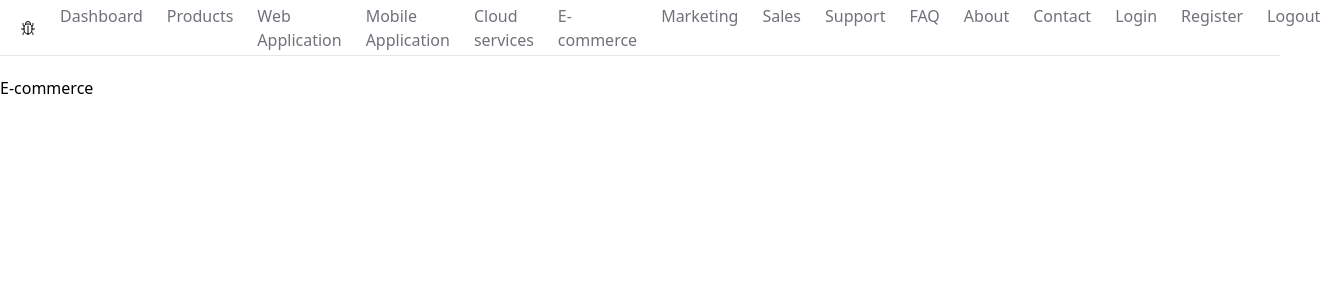
Repository: MakrandMZare/gopal-app
Page: /ecommerce
The author's editor kept a copy of each file at every save. The page is drawn from the files as they stood at one save, then again after the next save.
The browser window is 1280 px wide. The page is 1320 px wide, so the pictures cover 1320 px, including what lies to the right of the window. The pictures show the whole page.
The project was rebuilt for these pictures with package versions that can differ from the ones it lists, and the page was loaded fresh each time. The framework's server and built-in components were replaced by stand-ins that run in the browser. Also part of the build but not shown: next.config.mjs.

Above is the page before, as saved 2024-07-19 01:33:08.

After the next save:
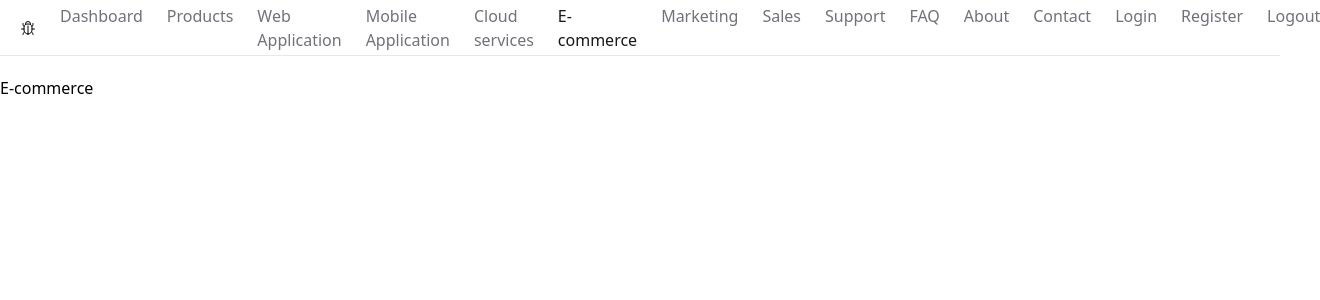
Saved 4 min 29 s later.
--- a/app/NavBar.tsx
+++ b/app/NavBar.tsx
@@ -33,7 +33,9 @@ const NavBar = () => {
         {links.map((link) => (
           <Link
             key={link.href}
-            className="text-zinc-500 hover:text-zinc-800 transition-colors"
+            className={`${
+              link.href === currentPath ? "text-zinc-900" : "text-zinc-500"
+            } hover:text-zinc-800 transition-colors`}
             href={link.href}
           >
             {link.label}
